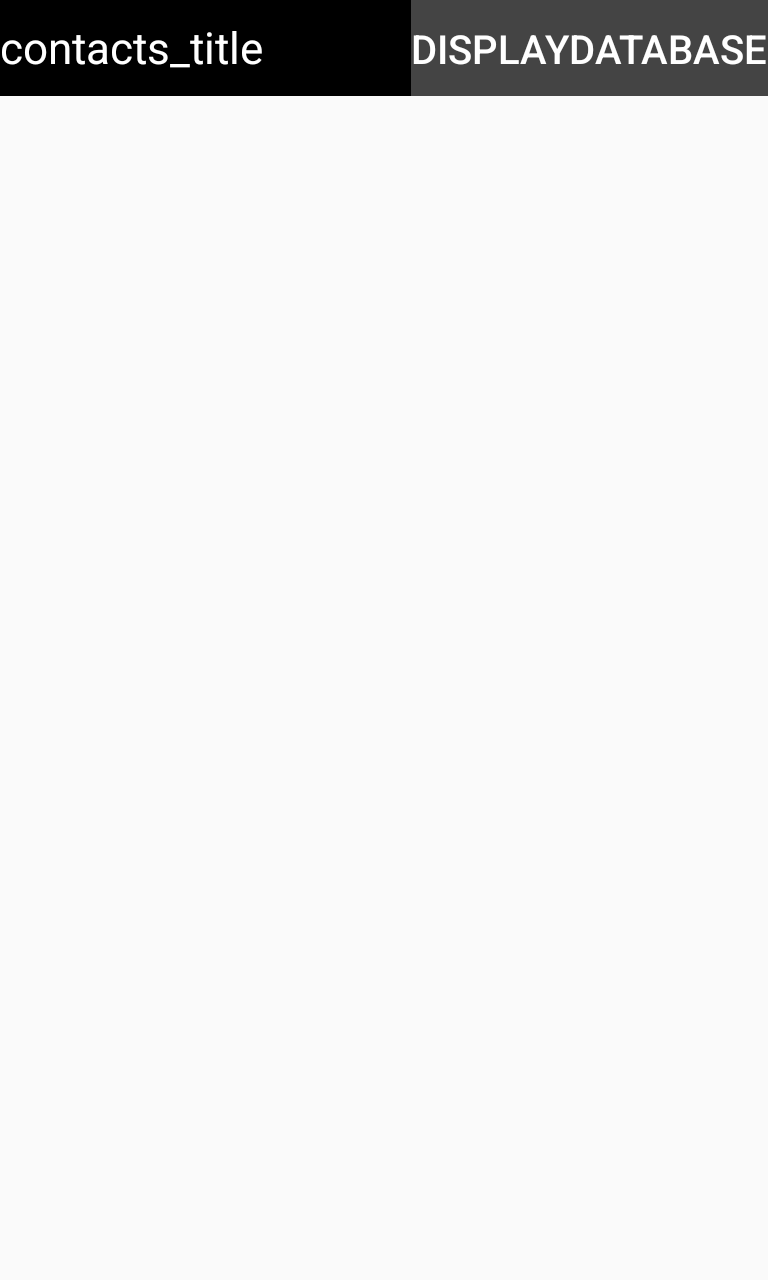
Repository: Smahane/SeniorProjectPOC
Layout: MyAssistant/res/layout/activity_database_output.xml
The author's editor kept a copy of each file at every save. The layout is drawn from the files as they stood at one save, then again after the next save.
It is drawn on a 768 x 1280 px phone screen (xhdpi) without system bars, with theme AppTheme; the app's code is not run. Lists and similar views that code fills are empty.

Above is the layout before, as saved 2014-12-13 09:03:20.

After the next save:
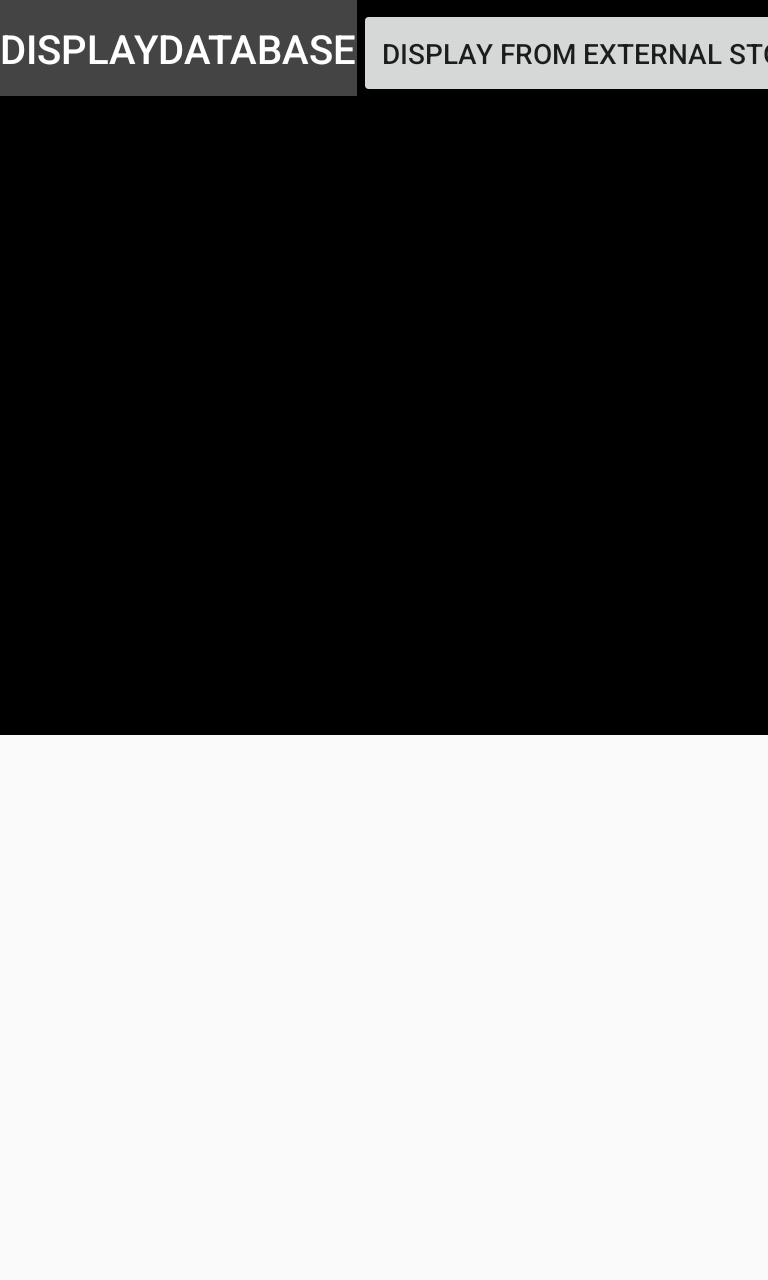
Saved 7 h 22 min later.
--- a/MyAssistant/res/layout/activity_database_output.xml
+++ b/MyAssistant/res/layout/activity_database_output.xml
@@ -20,7 +20,6 @@
             android:textAppearance="?android:attr/textAppearanceLarge"
             android:textColor="#FFFFFF" />
 
-
         <Button
             android:id="@+id/button1"
             android:background="#444444"
@@ -28,6 +27,12 @@
             android:text="DisplayDataBase"
             android:textColor="#FFFFFF"
             android:textSize="20sp" />
+
+        <Button
+            android:id="@+id/getJasonFile"
+            android:layout_width="match_parent"
+            android:layout_height="wrap_content"
+            android:text="Display from External Storage" />
 
     </TableRow>
 

After the 5 saves that followed:
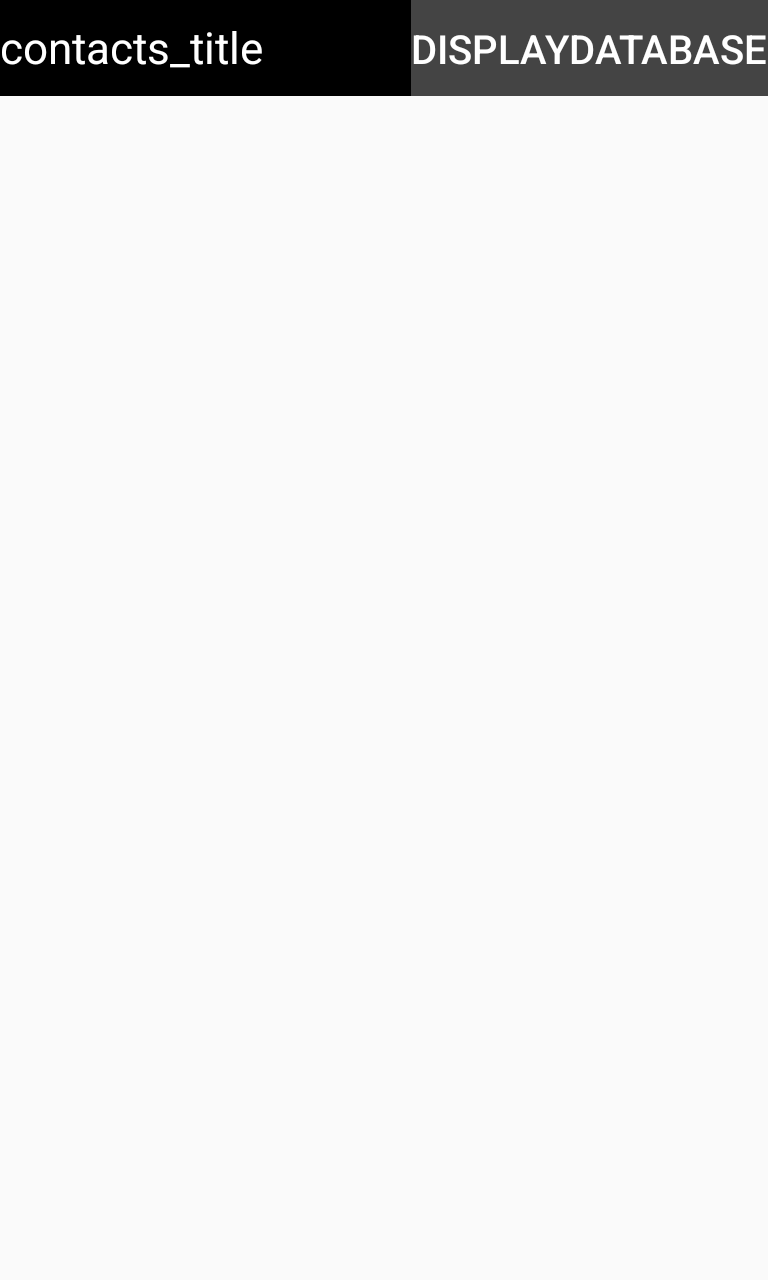
The 5 saves are shown as one change because 4 left the picture as it was.
The last was saved 14 min 48 s later.
--- a/MyAssistant/res/layout/activity_database_output.xml
+++ b/MyAssistant/res/layout/activity_database_output.xml
@@ -28,12 +28,6 @@
             android:textColor="#FFFFFF"
             android:textSize="20sp" />
 
-        <Button
-            android:id="@+id/getJasonFile"
-            android:layout_width="match_parent"
-            android:layout_height="wrap_content"
-            android:text="Display from External Storage" />
-
     </TableRow>
 
     <TableRow
